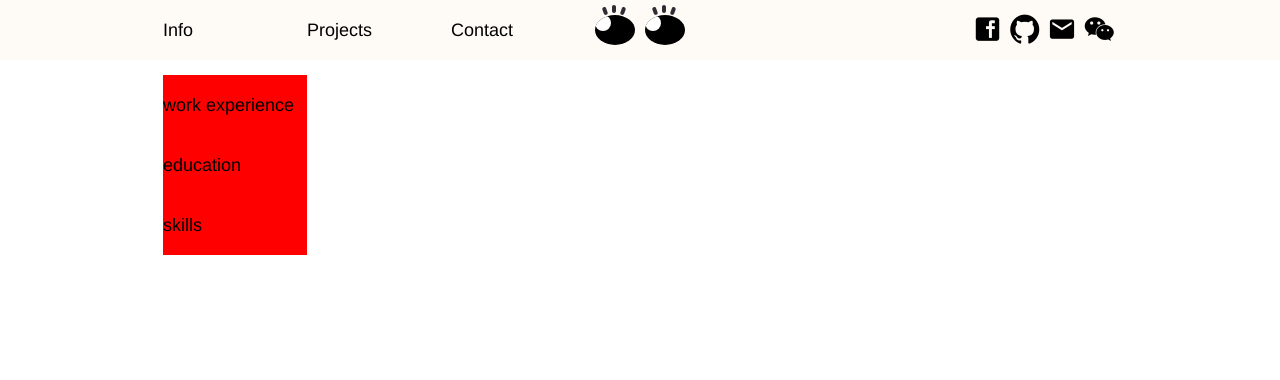
Repository: jinghuai8092/personal_website
Page: /
These files come from the project's save history. The page is drawn as it stood at one moment and after the next save; the edit follows.
The browser window is 1280 px wide. The pictures show the whole page.
The project was rebuilt for these pictures with package versions that can differ from the ones it lists, and the page was loaded fresh each time.

Above is the page before, as saved 2021-09-09 22:35:42.

After the next save:
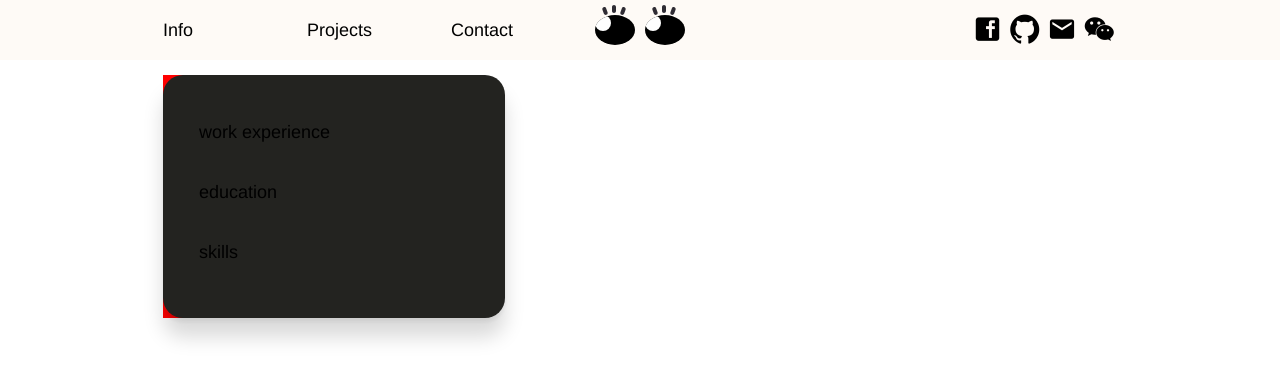
Saved 10 s later.
--- a/src/common/header/header.module.css
+++ b/src/common/header/header.module.css
@@ -84,5 +84,11 @@
     background-color: red;
 }
 .infoMenu>ul{
-
+    list-style-type: none;
+    margin: 0;
+    padding: 1.5em 2em 2em;
+    background: #232320;
+    box-shadow: 0 4px 4px rgb(0 0 0 / 6%), 0 19px 20px rgb(0 0 0 / 15%);
+    border-radius: 20px;
+    min-width: 15em;
 }
